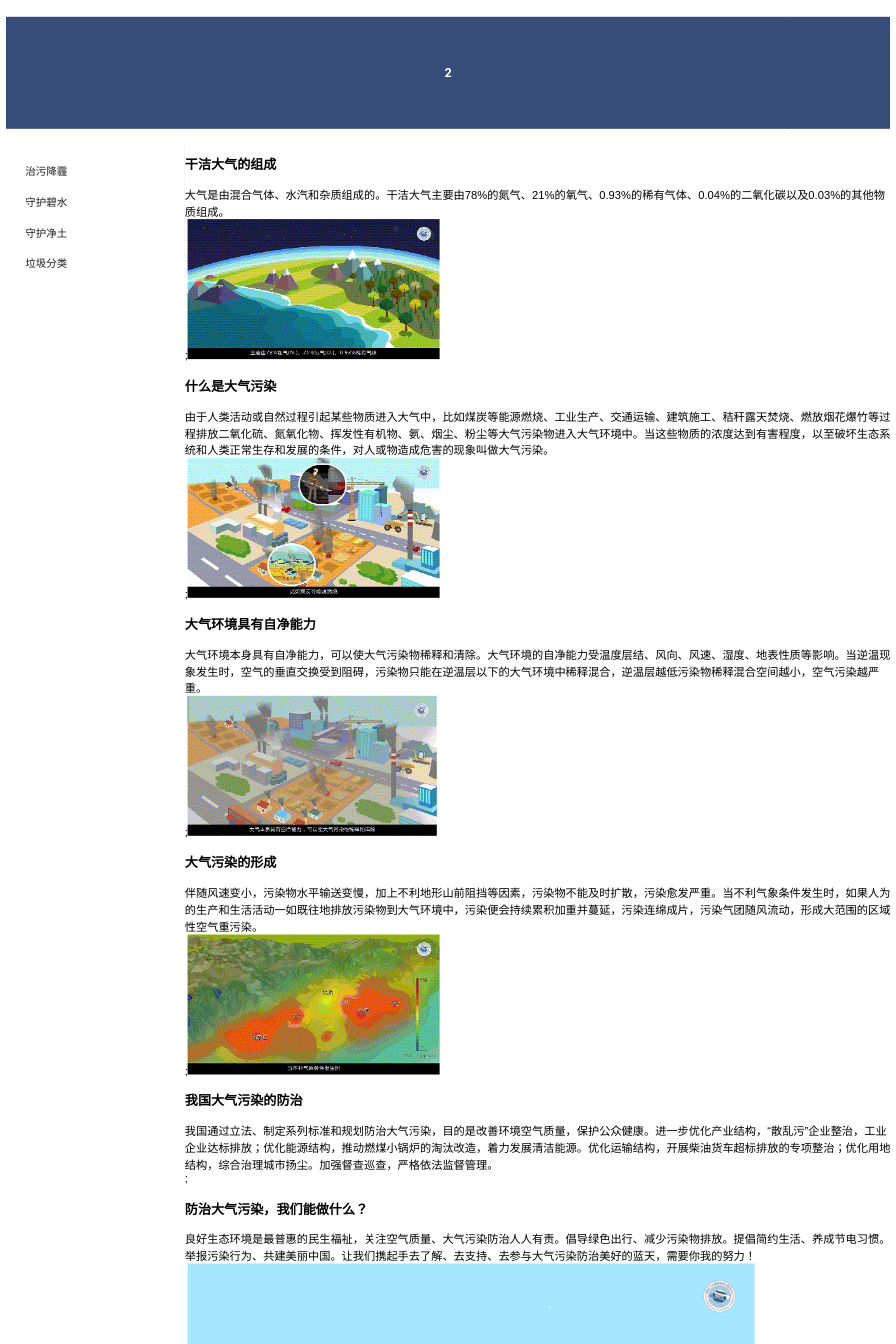
Repository: samllbin/summerWeb
Page: /
These files come from the project's save history. The page is drawn as it stood at one moment and after the next save; the edit follows.
The browser window is 1280 px wide. The pictures show the part of the page from y = 0 to 1920 px (the page is 2267 px tall before and 3894 px after), at 70% of full size.
The project was rebuilt for these pictures with package versions that can differ from the ones it lists, and the page was loaded fresh each time. Also part of the build but not shown: vite.config.js, components/menu/config.js, components/article/index.module.css, components/article/index.jsx.

Above is the page before, as saved 2024-07-22 16:35:38.

### src/App.jsx
import React, { useState } from "react";
import style from "./assets/index.module.css";
import Carousel from "@components/carousel/index";
import MenuTab from "@components/menu/MenuTab";
import Content from "@components/content";
import Article from "@components/article";

export default function App() {
  const [current, setCurrent] = useState("1");
  return (
    <div>
      <Carousel />
      <div className={style.layout}>
        <MenuTab setCurrent={setCurrent} current={current} />
        <Content />
      </div>
    </div>
  );
}

### src/assets/index.module.css
.layout {
  font-family: "宋体", sans-serif;
  display: flex;
}

### components/carousel/index.jsx
import React from "react";
import { Carousel } from "antd";
import style from "./index.module.css";

export default function carousel() {
  return (
    <Carousel autoplay>
      <div>
        <h3 className={style.contentStyle}>1</h3>
      </div>
      <div>
        <h3 className={style.contentStyle}>2</h3>
      </div>
      <div>
        <h3 className={style.contentStyle}>3</h3>
      </div>
      <div>
        <h3 className={style.contentStyle}>4</h3>
      </div>
    </Carousel>
  );
}

### components/menu/MenuTab.jsx
import React from "react";
import { Menu } from "antd";
import { useState } from "react";
import { config } from "./config";

export default function MenuTab({ current, setCurrent }) {
  const onClick = (e) => {
    console.log("click ", e);
    setCurrent(e.key);
  };
  return (
    <div>
      <Menu
        onClick={onClick}
        style={{ width: 256, fontSize: 15, paddingTop: 20 }}
        defaultOpenKeys={["sub1"]}
        selectedKeys={[current]}
        mode="inline"
        items={config}
      />
    </div>
  );
}

### components/content/index.jsx
import React from "react";
import style from "./index.module.css";
import config from "./config";

export default function Content() {
  return (
    <div className={style.layout}>
      {config
        .filter((item) => {
          return item.title === "治污降霾";
        })[0]
        ?.value.map((item, index) => {
          return (
            <div key={index}>
              <h3>{item?.subTitle}</h3>
              <div>{item.content}</div>;
              <img src={item.imageURL} alt="" />
            </div>
          );
        })}
    </div>
  );
}

### components/carousel/index.module.css
.contentStyle {
  height: 160px;
  color: #fff;
  line-height: 160px;
  text-align: center;
  background: #364d79;
}

### components/content/index.module.css
.layout {
  display: flex;
  width: 100%;
  flex-direction: column;
  align-items: center;
  justify-content: center;
}

.text {
  display: flex;
  flex-direction: column;
}

### components/content/config.js
export default [
  {
    title: "治污降霾",
    value: [
      {
        subTitle: "干洁大气的组成",
        content:
          "大气是由混合气体、水汽和杂质组成的。干洁大气主要由78%的氮气、21%的氧气、0.93%的稀有气体、0.04%的二氧化碳以及0.03%的其他物质组成。",
        imageURL: "../../public/大气组成.png",
      },
      {
        subTitle: "什么是大气污染",
        content:
          "由于人类活动或自然过程引起某些物质进入大气中，比如煤炭等能源燃烧、工业生产、交通运输、建筑施工、秸秆露天焚烧、燃放烟花爆竹等过程排放二氧化硫、氮氧化物、挥发性有机物、氨、烟尘、粉尘等大气污染物进入大气环境中。当这些物质的浓度达到有害程度，以至破坏生态系统和人类正常生存和发展的条件，对人或物造成危害的现象叫做大气污染。",
        imageURL: "../../public/大气污染.png",
      },
      {
        subTitle: "大气环境具有自净能力",
        content:
          "大气环境本身具有自净能力，可以使大气污染物稀释和清除。大气环境的自净能力受温度层结、风向、风速、湿度、地表性质等影响。当逆温现象发生时，空气的垂直交换受到阻碍，污染物只能在逆温层以下的大气环境中稀释混合，逆温层越低污染物稀释混合空间越小，空气污染越严重。",
        imageURL: "../../public/自净能力.png",
      },
      {
        subTitle: "大气污染的形成",
        content:
          "伴随风速变小，污染物水平输送变慢，加上不利地形山前阻挡等因素，污染物不能及时扩散，污染愈发严重。当不利气象条件发生时，如果人为的生产和生活活动一如既往地排放污染物到大气环境中，污染便会持续累积加重并蔓延，污染连绵成片，污染气团随风流动，形成大范围的区域性空气重污染。",
        imageURL: "../../public/污染形成.png",
      },
      {
        subTitle: "我国大气污染的防治",
        content:
          "我国通过立法、制定系列标准和规划防治大气污染，目的是改善环境空气质量，保护公众健康。进一步优化产业结构，“散乱污”企业整治，工业企业达标排放；优化能源结构，推动燃煤小锅炉的淘汰改造，着力发展清洁能源。优化运输结构，开展柴油货车超标排放的专项整治；优化用地结构，综合治理城市扬尘。加强督查巡查，严格依法监督管理。",
      },
      {
        subTitle: "防治大气污染，我们能做什么？",
        content:
          "良好生态环境是最普惠的民生福祉，关注空气质量、大气污染防治人人有责。倡导绿色出行、减少污染物排放。提倡简约生活、养成节电习惯。举报污染行为、共建美丽中国。让我们携起手去了解、去支持、去参与大气污染防治美好的蓝天，需要你我的努力！",
        imageURL: "../../public/防止污染.png",
      },
    ],
  },
];

Loaded but not shown: index.html (common file); src/main.jsx (common file)

After the next save:
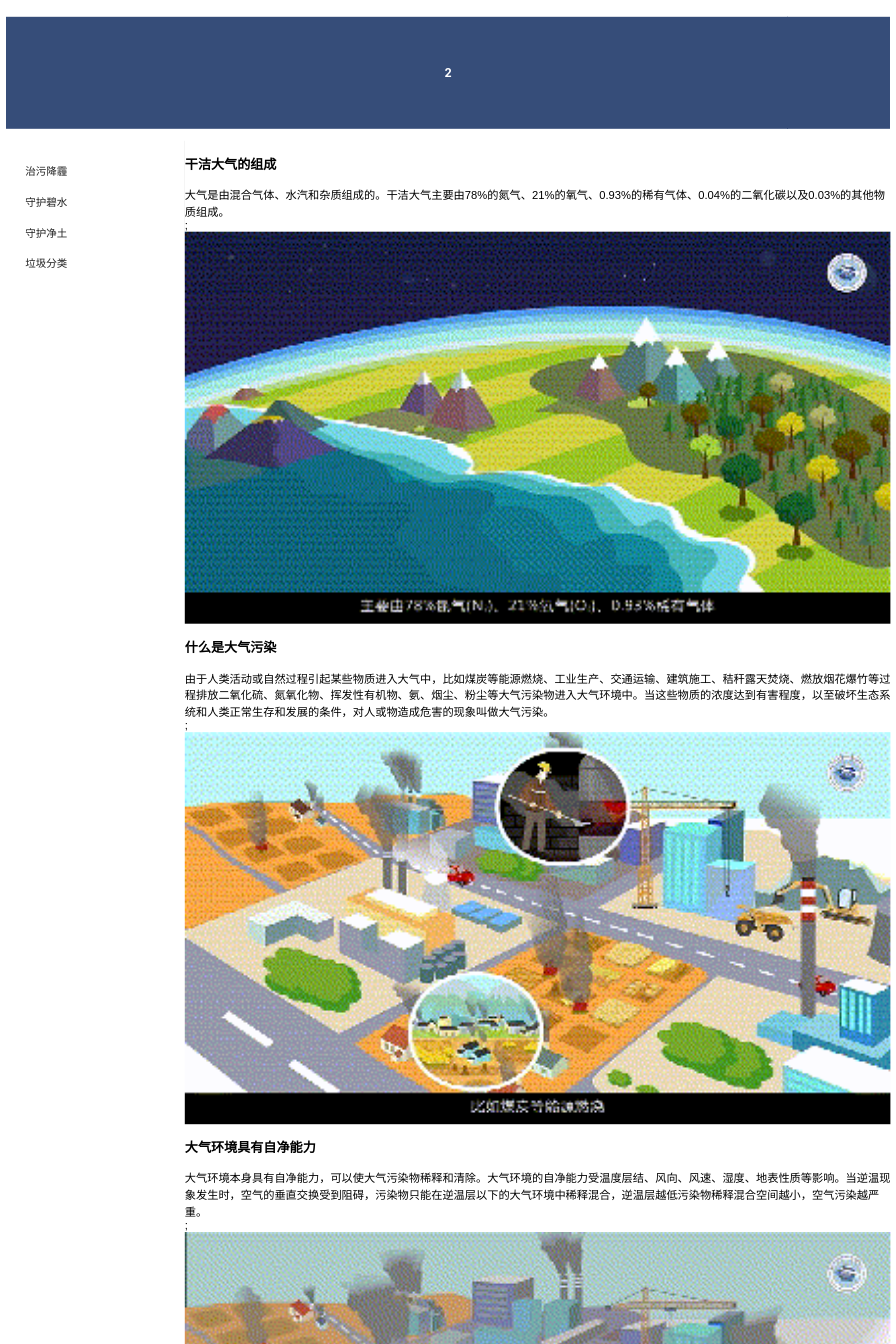
Saved 16 s later.
--- a/components/content/index.jsx
+++ b/components/content/index.jsx
@@ -11,7 +11,7 @@ export default function Content() {
         })[0]
         ?.value.map((item, index) => {
           return (
-            <div key={index}>
+            <div key={index} className={style.text}>
               <h3>{item?.subTitle}</h3>
               <div>{item.content}</div>;
               <img src={item.imageURL} alt="" />
